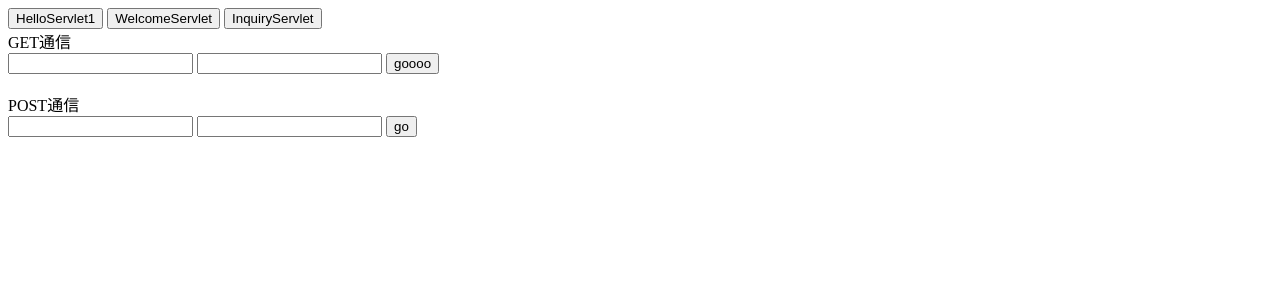
Repository: kf3225/backup
Page: http://localhost/HelloServlet1/
The author's editor kept a copy of each file at every save. The page is drawn from the files as they stood at one save, then again after the next save.
The browser window is 1280 px wide. The pictures show the whole page.
The page is served by Tomcat 9.

Above is the page before, as saved 2018-01-11 04:03:22.

After the next save:
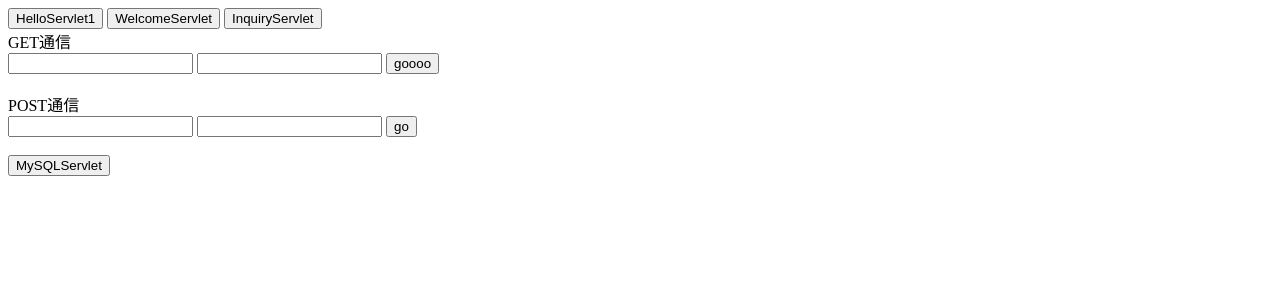
Saved 25 min 38 s later.
--- a/HelloServlet1/WebContent/index.jsp
+++ b/HelloServlet1/WebContent/index.jsp
@@ -24,5 +24,8 @@ pageEncoding="UTF-8" %>
 			<input type="password" name="password">
 			<input type="submit" value="go">
 		</form>
+		<br>
+
+		<input type="button" value="MySQLServlet" onClick="location='MySQLServlet'">
 	</body>
 </html>
